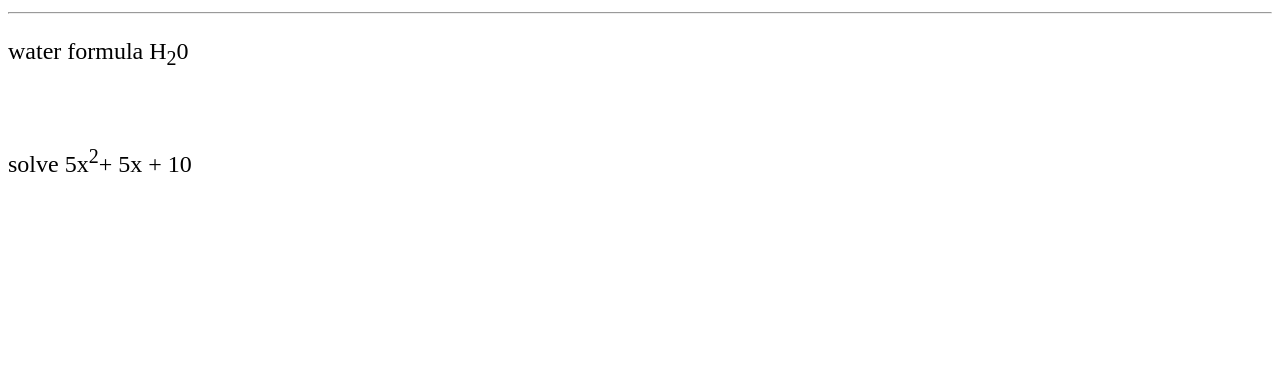
Repository: wakoya-tech/Node.js
Page: Desktop/Node-js/example/index.html
The author's editor kept a copy of each file at every save. The page is drawn from the files as they stood at one save, then again after the next save.
The browser window is 1280 px wide. The pictures show the whole page.

Above is the page before, as saved 2025-11-13 10:30:09.

### Desktop/Node-js/example/index.html
<!DOCTYPE html>
<html lang="en">
<head>
    <meta charset="UTF-8">
    <meta name="viewport" content="width=device-width, initial-scale=1.0">
    <title>Document</title>
</head>
<body>
    <font size="5"> <hr>
    <p>water formula H<sub>2</sub>0</p>
   <br>
    <p>solve 5x<sup>2</sup>+ 5x + 10</p>
</font>

</body>
</html>

After the next save:
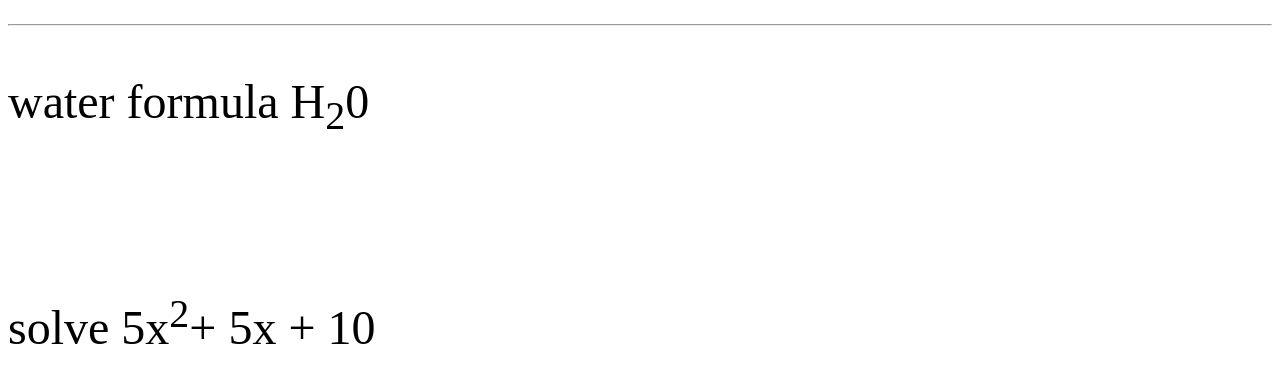
Saved 9 s later.
--- a/Desktop/Node-js/example/index.html
+++ b/Desktop/Node-js/example/index.html
@@ -6,7 +6,7 @@
     <title>Document</title>
 </head>
 <body>
-    <font size="5"> <hr>
+    <font size="50"> <hr>
     <p>water formula H<sub>2</sub>0</p>
    <br>
     <p>solve 5x<sup>2</sup>+ 5x + 10</p>

After the save that followed:
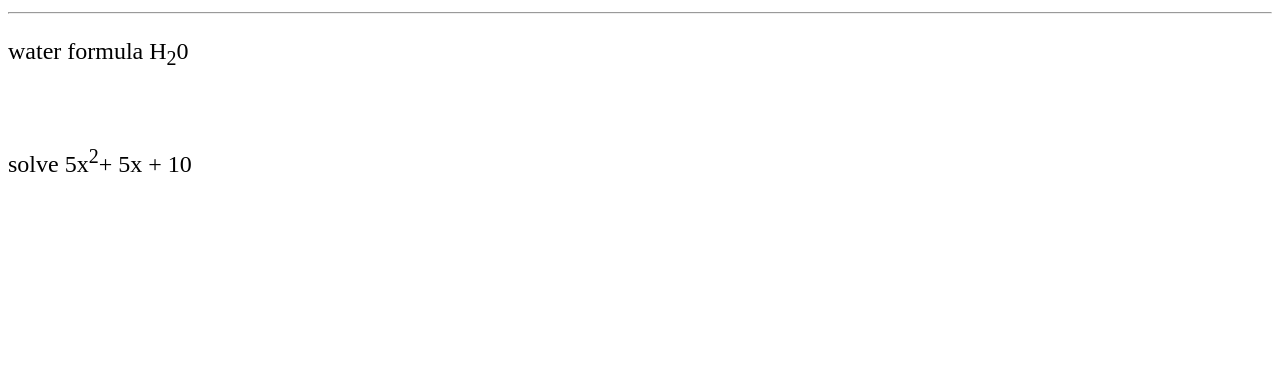
Saved 9 s later.
--- a/Desktop/Node-js/example/index.html
+++ b/Desktop/Node-js/example/index.html
@@ -6,7 +6,7 @@
     <title>Document</title>
 </head>
 <body>
-    <font size="50"> <hr>
+    <font size="5"> <hr>
     <p>water formula H<sub>2</sub>0</p>
    <br>
     <p>solve 5x<sup>2</sup>+ 5x + 10</p>
